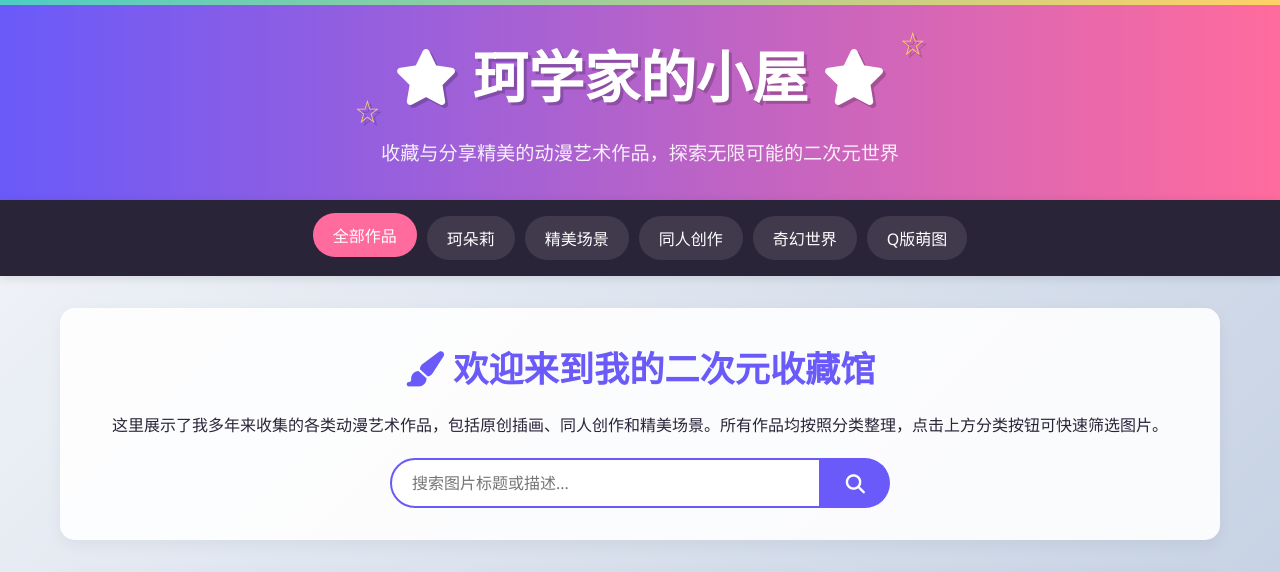
Repository: Ke-scholar/Ke-scholar.github.io
Page: index.html
The author's editor kept a copy of each file at every save. The page is drawn from the files as they stood at one save, then again after the next save.
The browser window is 1280 px wide. The pictures show the part of the page from y = 0 to 572 px (the page is 1987 px tall before and 720 px after).
Pictures or frames that could not be fetched are drawn as grey boxes. Backgrounds fixed to the window are drawn as part of the page.

Above is the page before, as saved 2025-06-26 02:09:13.

### index.html
<!DOCTYPE html>
<html lang="zh-CN">

<head>
    <meta charset="UTF-8">
    <meta name="viewport" content="width=device-width, initial-scale=1.0">
    <title>欢迎来到珂学家的小屋</title>
    <link rel="stylesheet" href="css/style.css">
    <link rel="stylesheet" href="https://cdnjs.cloudflare.com/ajax/libs/font-awesome/6.4.0/css/all.min.css">
</head>

<body>
    <!-- 页头 -->
    <header>
        <div class="header-content">
            <h1><i class="fas fa-star"></i> 珂学家的小屋 <i class="fas fa-star"></i></h1>
            <p class="subtitle">收藏与分享精美的动漫艺术作品，探索无限可能的二次元世界</p>
        </div>
    </header>

    <!-- 导航 -->
    <nav>
        <div class="nav-container">
            <button class="nav-btn active" data-category="all">全部作品</button>
            <button class="nav-btn" data-category="Chtholly">珂朵莉</button>
            <button class="nav-btn" data-category="scenes">精美场景</button>
            <button class="nav-btn" data-category="fanart">同人创作</button>
            <button class="nav-btn" data-category="fantasy">奇幻世界</button>
            <button class="nav-btn" data-category="chibi">Q版萌图</button>
        </div>
    </nav>

    <!-- 主要内容 -->
    <div class="container">
        <div class="gallery-info">
            <h2><i class="fas fa-paint-brush"></i> 欢迎来到我的二次元收藏馆</h2>
            <p>这里展示了我多年来收集的各类动漫艺术作品，包括原创插画、同人创作和精美场景。所有作品均按照分类整理，点击上方分类按钮可快速筛选图片。</p>
            <div class="search-box">
                <input type="text" id="search-input" placeholder="搜索图片标题或描述...">
                <button id="search-btn"><i class="fas fa-search"></i></button>
            </div>
        </div>

        <!-- 图片展示区 -->
        <div class="gallery-grid">
            <!-- 图片将通过JavaScript动态加载 -->
        </div>

        <!-- 加载更多按钮 -->
        <div class="load-more">
            <button id="load-more-btn">加载更多作品 <i class="fas fa-angle-down"></i></button>
        </div>
    </div>

    <!-- 页脚 -->
    <footer>
        <div class="footer-content">
            <p>二次元幻想画廊 | 动漫图片收藏展示</p>
            <div class="social-icons">
                <a href="#"><i class="fab fa-github"></i></a>
                <a href="#"><i class="fab fa-twitter"></i></a>
                <a href="#"><i class="fab fa-pixiv"></i></a>
                <a href="#"><i class="fab fa-instagram"></i></a>
            </div>
            <p>&copy; 2023 二次元幻想画廊 | 使用GitHub Pages托管</p>
        </div>
    </footer>

    <script src="js/script.js"></script>
</body>

</html>

### css/style.css
/* css/style.css */
* {
    margin: 0;
    padding: 0;
    box-sizing: border-box;
    font-family: 'Segoe UI', Tahoma, Geneva, Verdana, sans-serif;
}

:root {
    --primary: #ff6b9d;
    --secondary: #6a5af9;
    --accent: #4ecdc4;
    --dark: #2a2438;
    --light: #f7f9fc;
    --card-bg: rgba(255, 255, 255, 0.9);
}

body {
    background: linear-gradient(135deg, #f5f7fa 0%, #c3cfe2 100%);
    background-attachment: fixed;
    color: var(--dark);
    line-height: 1.6;
    min-height: 100vh;
    padding-bottom: 60px;
}

/* 页眉样式 */
header {
    background: linear-gradient(90deg, var(--secondary), var(--primary));
    color: white;
    padding: 2rem 0;
    text-align: center;
    box-shadow: 0 4px 15px rgba(0, 0, 0, 0.1);
    position: relative;
    overflow: hidden;
}

header::before {
    content: "";
    position: absolute;
    top: 0;
    left: 0;
    right: 0;
    height: 5px;
    background: linear-gradient(90deg, var(--accent), #ffd166);
}

.header-content {
    max-width: 1200px;
    margin: 0 auto;
    padding: 0 20px;
}

h1 {
    font-size: 3.5rem;
    margin-bottom: 1rem;
    text-shadow: 3px 3px 0 rgba(0, 0, 0, 0.2);
    position: relative;
    display: inline-block;
}

h1::after {
    content: "☆";
    position: absolute;
    right: -40px;
    top: -15px;
    font-size: 2rem;
    color: #ffd166;
}

h1::before {
    content: "☆";
    position: absolute;
    left: -40px;
    bottom: -15px;
    font-size: 2rem;
    color: #ffd166;
}

.subtitle {
    font-size: 1.2rem;
    max-width: 600px;
    margin: 0 auto;
    opacity: 0.9;
}

/* 导航样式 */
nav {
    background: var(--dark);
    padding: 1rem 0;
    position: sticky;
    top: 0;
    z-index: 100;
    box-shadow: 0 2px 10px rgba(0, 0, 0, 0.1);
}

.nav-container {
    max-width: 1200px;
    margin: 0 auto;
    display: flex;
    justify-content: center;
    flex-wrap: wrap;
    gap: 10px;
}

.nav-btn {
    background: rgba(255, 255, 255, 0.1);
    color: white;
    border: none;
    padding: 10px 20px;
    border-radius: 30px;
    cursor: pointer;
    font-size: 1rem;
    transition: all 0.3s ease;
}

.nav-btn:hover,
.nav-btn.active {
    background: var(--primary);
    transform: translateY(-3px);
}

/* 内容区域 */
.container {
    max-width: 1200px;
    margin: 2rem auto;
    padding: 0 20px;
}

.gallery-info {
    text-align: center;
    margin-bottom: 2rem;
    background: var(--card-bg);
    padding: 2rem;
    border-radius: 15px;
    box-shadow: 0 5px 15px rgba(0, 0, 0, 0.05);
}

.gallery-info h2 {
    color: var(--secondary);
    margin-bottom: 1rem;
    font-size: 2.2rem;
}

.search-box {
    display: flex;
    max-width: 500px;
    margin: 20px auto 0;
}

#search-input {
    flex: 1;
    padding: 12px 20px;
    border: 2px solid var(--secondary);
    border-radius: 30px 0 0 30px;
    font-size: 1rem;
    outline: none;
    transition: all 0.3s;
}

#search-input:focus {
    box-shadow: 0 0 0 3px rgba(106, 90, 249, 0.3);
}

#search-btn {
    background: var(--secondary);
    color: white;
    border: none;
    padding: 0 25px;
    border-radius: 0 30px 30px 0;
    cursor: pointer;
    font-size: 1.2rem;
    transition: all 0.3s;
}

#search-btn:hover {
    background: var(--primary);
}

/* 图片网格 */
.gallery-grid {
    display: grid;
    grid-template-columns: repeat(auto-fill, minmax(280px, 1fr));
    gap: 25px;
}

.gallery-item {
    background: var(--card-bg);
    border-radius: 15px;
    overflow: hidden;
    box-shadow: 0 10px 20px rgba(0, 0, 0, 0.08);
    transition: all 0.4s cubic-bezier(0.175, 0.885, 0.32, 1.275);
    position: relative;
    height: 320px;
    opacity: 0;
    transform: translateY(20px);
    animation: fadeInUp 0.5s forwards;
}

@keyframes fadeInUp {
    to {
        opacity: 1;
        transform: translateY(0);
    }
}

.gallery-item:hover {
    transform: translateY(-10px) scale(1.02);
    box-shadow: 0 15px 30px rgba(0, 0, 0, 0.15);
}

.gallery-img {
    width: 100%;
    height: 240px;
    object-fit: cover;
    display: block;
    transition: all 0.5s ease;
}

.gallery-item:hover .gallery-img {
    transform: scale(1.1);
}

.item-overlay {
    position: absolute;
    top: 0;
    left: 0;
    right: 0;
    bottom: 0;
    background: linear-gradient(to top, rgba(106, 90, 249, 0.8), transparent);
    display: flex;
    flex-direction: column;
    justify-content: flex-end;
    padding: 20px;
    opacity: 0;
    transition: opacity 0.4s ease;
}

.gallery-item:hover .item-overlay {
    opacity: 1;
}

.item-title {
    color: white;
    font-size: 1.4rem;
    font-weight: bold;
    margin-bottom: 5px;
    text-shadow: 1px 1px 3px rgba(0, 0, 0, 0.7);
}

.item-category {
    color: rgba(255, 255, 255, 0.9);
    font-size: 0.9rem;
    background: rgba(0, 0, 0, 0.3);
    padding: 3px 10px;
    border-radius: 20px;
    display: inline-block;
}

.item-info {
    padding: 15px;
}

.item-info h3 {
    color: var(--secondary);
    margin-bottom: 5px;
    white-space: nowrap;
    overflow: hidden;
    text-overflow: ellipsis;
}

.item-info p {
    color: #666;
    font-size: 0.9rem;
    display: -webkit-box;
    -webkit-line-clamp: 2;
    -webkit-box-orient: vertical;
    overflow: hidden;
    height: 40px;
}

.load-more {
    text-align: center;
    margin-top: 40px;
}

#load-more-btn {
    background: linear-gradient(90deg, var(--primary), var(--secondary));
    color: white;
    border: none;
    padding: 12px 35px;
    border-radius: 30px;
    font-size: 1.1rem;
    cursor: pointer;
    transition: all 0.3s;
    box-shadow: 0 5px 15px rgba(0, 0, 0, 0.1);
}

#load-more-btn:hover {
    transform: translateY(-3px);
    box-shadow: 0 8px 20px rgba(0, 0, 0, 0.15);
}

/* 页脚样式 */
footer {
    background: var(--dark);
    color: rgba(255, 255, 255, 0.7);
    text-align: center;
    padding: 2rem 0;
    margin-top: 3rem;
}

.footer-content {
    max-width: 1200px;
    margin: 0 auto;
    padding: 0 20px;
}

.social-icons {
    display: flex;
    justify-content: center;
    gap: 20px;
    margin: 1.5rem 0;
}

.social-icons a {
    color: white;
    background: rgba(255, 255, 255, 0.1);
    width: 45px;
    height: 45px;
    border-radius: 50%;
    display: flex;
    align-items: center;
    justify-content: center;
    font-size: 1.2rem;
    transition: all 0.3s ease;
}

.social-icons a:hover {
    background: var(--primary);
    transform: translateY(-5px);
}

/* 响应式设计 */
@media (max-width: 768px) {
    h1 {
        font-size: 2.5rem;
    }

    h1::before,
    h1::after {
        display: none;
    }

    .gallery-grid {
        grid-template-columns: repeat(auto-fill, minmax(250px, 1fr));
    }

    .nav-container {
        justify-content: flex-start;
        overflow-x: auto;
        padding: 0 15px 10px;
    }
}

@media (max-width: 480px) {
    h1 {
        font-size: 2rem;
    }

    .gallery-grid {
        grid-template-columns: 1fr;
    }

    .gallery-item {
        height: 300px;
    }

    .gallery-img {
        height: 220px;
    }
}

/* 动画效果 */
@keyframes float {
    0% {
        transform: translateY(0px);
    }

    50% {
        transform: translateY(-10px);
    }

    100% {
        transform: translateY(0px);
    }
}

.floating {
    animation: float 3s ease-in-out infinite;
}

### js/script.js
// js/script.js
document.addEventListener('DOMContentLoaded', function () {
    // 图片数据
    const imageData = [
        {
            id: 1,
            title: "珂朵莉",
            category: "Chtholly",
            imgPath: "./img/Chtholly/Chtholly (1).png",
            description: "传统日式风格与现代设计的完美结合",
            author: "插画师: Sakura"
        },
        {
            id: 2,
            title: "未来都市",
            category: "scenes",
            imgPath: "img/scenes/future_city.png",
            description: "霓虹灯光下的未来都市夜景，充满科幻感",
            author: "场景设计: CyberArt"
        },
        {
            id: 3,
            title: "魔法少女",
            category: "fanart",
            imgPath: "img/fanart/magical_girl.png",
            description: "粉丝创作的热门角色二次创作",
            author: "同人作者: Luna"
        },
        {
            id: 4,
            title: "龙之谷",
            category: "fantasy",
            imgPath: "img/fantasy/dragon_valley.png",
            description: "幻想世界中的巨龙栖息地，神秘而壮观",
            author: "概念艺术: FantasyWorks"
        },
        {
            id: 5,
            title: "猫咪少女",
            category: "chibi",
            imgPath: "img/chibi/cat_girl.png",
            description: "可爱的猫耳少女Q版形象，萌系风格",
            author: "角色设计: ChibiMaster"
        },
        {
            id: 6,
            title: "学院偶像",
            category: "characters",
            imgPath: "img/characters/school_idol.png",
            description: "校园偶像系列主角设计，活力四射",
            author: "插画师: StarLight"
        },
        {
            id: 7,
            title: "樱花神社",
            category: "scenes",
            imgPath: "img/scenes/sakura_shrine.png",
            description: "樱花盛开的古老神社场景，宁静而神圣",
            author: "场景设计: ZenArt"
        },
        {
            id: 8,
            title: "精灵森林",
            category: "fantasy",
            imgPath: "img/fantasy/elf_forest.png",
            description: "充满魔法的精灵栖息地，神秘而美丽",
            author: "概念艺术: Mythos"
        },
        {
            id: 9,
            title: "机甲少女",
            category: "fanart",
            imgPath: "img/fanart/mecha_girl.png",
            description: "科幻机甲与美少女的完美结合",
            author: "同人作者: TechArt"
        },
        {
            id: 10,
            title: "甜点精灵",
            category: "chibi",
            imgPath: "img/chibi/dessert_fairy.png",
            description: "甜点主题的Q版精灵，可爱又可口",
            author: "角色设计: SweetDream"
        },
        {
            id: 11,
            title: "剑士少年",
            category: "characters",
            imgPath: "img/characters/swordsman_boy.png",
            description: "勇敢的年轻剑士，踏上冒险之旅",
            author: "插画师: BraveHeart"
        },
        {
            id: 12,
            title: "海边小镇",
            category: "scenes",
            imgPath: "img/scenes/seaside_town.png",
            description: "宁静的海边小镇，温暖的阳光与海浪",
            author: "场景设计: OceanView"
        }
    ];

    const galleryGrid = document.querySelector('.gallery-grid');
    const filterButtons = document.querySelectorAll('.nav-btn');
    const searchInput = document.getElementById('search-input');
    const searchBtn = document.getElementById('search-btn');
    const loadMoreBtn = document.getElementById('load-more-btn');

    let currentCategory = 'all';
    let currentSearch = '';
    let visibleItems = 8;

    // 初始化显示图片
    renderGallery();

    // 分类筛选功能
    filterButtons.forEach(button => {
        button.addEventListener('click', () => {
            // 更新活动按钮
            filterButtons.forEach(btn => btn.classList.remove('active'));
            button.classList.add('active');

            currentCategory = button.dataset.category;
            visibleItems = 8;
            renderGallery();
        });
    });

    // 搜索功能
    searchBtn.addEventListener('click', performSearch);
    searchInput.addEventListener('keypress', (e) => {
        if (e.key === 'Enter') {
            performSearch();
        }
    });

    // 加载更多功能
    loadMoreBtn.addEventListener('click', () => {
        visibleItems += 4;
        renderGallery();
    });

    // 渲染画廊
    function renderGallery() {
        galleryGrid.innerHTML = '';

        const filteredImages = imageData.filter(image => {
            const matchesCategory = currentCategory === 'all' || image.category === currentCategory;
            const matchesSearch = !currentSearch ||
                image.title.toLowerCase().includes(currentSearch) ||
                image.description.toLowerCase().includes(currentSearch);

            return matchesCategory && matchesSearch;
        });

        const imagesToShow = filteredImages.slice(0, visibleItems);

        if (imagesToShow.length === 0) {
            galleryGrid.innerHTML = `<div class="no-results">没有找到匹配的图片，请尝试其他分类或关键词。</div>`;
            loadMoreBtn.style.display = 'none';
            return;
        }

        imagesToShow.forEach(image => {
            const categoryNames = {
                Chtholly: "珂朵莉",
                scenes: "精美场景",
                fanart: "同人创作",
                fantasy: "奇幻世界",
                chibi: "Q版萌图"
            };

            const galleryItem = document.createElement('div');
            galleryItem.className = 'gallery-item';
            galleryItem.dataset.category = image.category;

            // 添加动画延迟
            galleryItem.style.animationDelay = `${Math.random() * 0.3}s`;

            galleryItem.innerHTML = `
                <img src="${image.imgPath}" alt="${image.title}" class="gallery-img">
                <div class="item-overlay">
                    <div class="item-title">${image.title}</div>
                    <div class="item-category">${categoryNames[image.category]}</div>
                </div>
                <div class="item-info">
                    <h3>${image.author}</h3>
                    <p>${image.description}</p>
                </div>
            `;

            galleryGrid.appendChild(galleryItem);
        });

        // 显示/隐藏加载更多按钮
        loadMoreBtn.style.display = filteredImages.length > visibleItems ? 'block' : 'none';
    }

    // 执行搜索
    function performSearch() {
        currentSearch = searchInput.value.trim().toLowerCase();
        currentCategory = 'all';

        // 更新活动按钮
        filterButtons.forEach(btn => {
            btn.classList.remove('active');
            if (btn.dataset.category === 'all') {
                btn.classList.add('active');
            }
        });

        visibleItems = 8;
        renderGallery();
    }

    // 添加浮动动画到所有图片
    const items = document.querySelectorAll('.gallery-item');
    items.forEach((item, index) => {
        item.style.animationDelay = `${index * 0.1}s`;
    });
});

Loaded but not shown: js/data.js (no stored copy; drawn as an empty file)

After the next save:
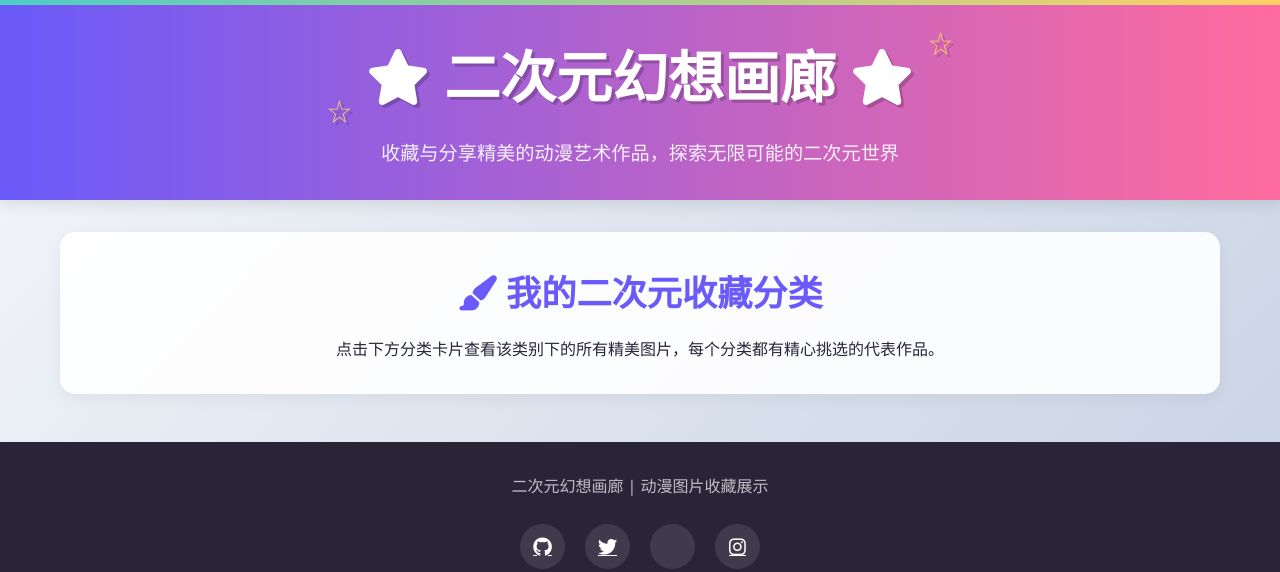
Console error: TypeError: Cannot set properties of null (setting 'innerHTML')
Saved 28 s later.
--- a/index.html
+++ b/index.html
@@ -1,54 +1,31 @@
 <!DOCTYPE html>
 <html lang="zh-CN">
-
 <head>
     <meta charset="UTF-8">
     <meta name="viewport" content="width=device-width, initial-scale=1.0">
-    <title>欢迎来到珂学家的小屋</title>
+    <title>二次元幻想画廊 | 动漫图片收藏展示</title>
     <link rel="stylesheet" href="css/style.css">
     <link rel="stylesheet" href="https://cdnjs.cloudflare.com/ajax/libs/font-awesome/6.4.0/css/all.min.css">
 </head>
-
 <body>
     <!-- 页头 -->
     <header>
         <div class="header-content">
-            <h1><i class="fas fa-star"></i> 珂学家的小屋 <i class="fas fa-star"></i></h1>
+            <h1><i class="fas fa-star"></i> 二次元幻想画廊 <i class="fas fa-star"></i></h1>
             <p class="subtitle">收藏与分享精美的动漫艺术作品，探索无限可能的二次元世界</p>
         </div>
     </header>
 
-    <!-- 导航 -->
-    <nav>
-        <div class="nav-container">
-            <button class="nav-btn active" data-category="all">全部作品</button>
-            <button class="nav-btn" data-category="Chtholly">珂朵莉</button>
-            <button class="nav-btn" data-category="scenes">精美场景</button>
-            <button class="nav-btn" data-category="fanart">同人创作</button>
-            <button class="nav-btn" data-category="fantasy">奇幻世界</button>
-            <button class="nav-btn" data-category="chibi">Q版萌图</button>
-        </div>
-    </nav>
-
     <!-- 主要内容 -->
     <div class="container">
         <div class="gallery-info">
-            <h2><i class="fas fa-paint-brush"></i> 欢迎来到我的二次元收藏馆</h2>
-            <p>这里展示了我多年来收集的各类动漫艺术作品，包括原创插画、同人创作和精美场景。所有作品均按照分类整理，点击上方分类按钮可快速筛选图片。</p>
-            <div class="search-box">
-                <input type="text" id="search-input" placeholder="搜索图片标题或描述...">
-                <button id="search-btn"><i class="fas fa-search"></i></button>
-            </div>
+            <h2><i class="fas fa-paint-brush"></i> 我的二次元收藏分类</h2>
+            <p>点击下方分类卡片查看该类别下的所有精美图片，每个分类都有精心挑选的代表作品。</p>
         </div>
 
-        <!-- 图片展示区 -->
-        <div class="gallery-grid">
-            <!-- 图片将通过JavaScript动态加载 -->
-        </div>
-
-        <!-- 加载更多按钮 -->
-        <div class="load-more">
-            <button id="load-more-btn">加载更多作品 <i class="fas fa-angle-down"></i></button>
+        <!-- 分类展示区 -->
+        <div class="categories-grid">
+            <!-- 分类卡片将通过JavaScript动态加载 -->
         </div>
     </div>
 
@@ -66,7 +43,7 @@
         </div>
     </footer>
 
+    <script src="js/data.js"></script>
     <script src="js/script.js"></script>
 </body>
-
 </html>
